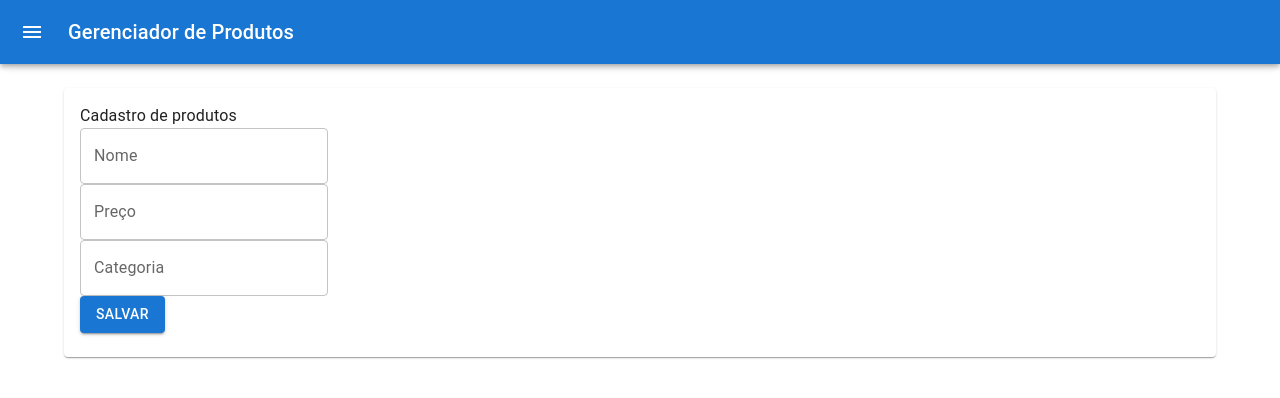
Repository: KennedyWanderson/crud-web
Page: /
An editor plug-in stored every save of this project. The page is shown before and after a run of saves, followed by the edit.
The browser window is 1280 px wide. The pictures show the whole page.
The project was rebuilt for these pictures with package versions that can differ from the ones it lists, and the page was loaded fresh each time. Also part of the build but not shown: src/Components/ProductList.js, src/Components/CategoryRegister.js, src/Components/CategotyList.js.

Above is the page before, as saved 2023-11-15 16:21:51.

### src/index.js
import React from 'react';
import ReactDOM from 'react-dom/client';
import App from './App';
import reportWebVitals from './reportWebVitals';
import 'tailwindcss/tailwind.css';

const root = ReactDOM.createRoot(document.getElementById('root'));
root.render(
  <React.StrictMode>
    <App />
  </React.StrictMode>
);


reportWebVitals();

### src/App.js

import React, { useState } from 'react';
import Menu from "./Components/Menu";

function App() {




  return (
    <div>
      <Menu />
    </div>
  );
}

export default App;

### src/Components/Menu.js
import * as React from 'react';
import { styled, useTheme } from '@mui/material/styles';
import Box from '@mui/material/Box';
import Drawer from '@mui/material/Drawer';
import CssBaseline from '@mui/material/CssBaseline';
import MuiAppBar from '@mui/material/AppBar';
import Toolbar from '@mui/material/Toolbar';
import List from '@mui/material/List';
import Typography from '@mui/material/Typography';
import Divider from '@mui/material/Divider';
import IconButton from '@mui/material/IconButton';
import MenuIcon from '@mui/icons-material/Menu';
import ChevronLeftIcon from '@mui/icons-material/ChevronLeft';
import ChevronRightIcon from '@mui/icons-material/ChevronRight';
import ListItem from '@mui/material/ListItem';
import ListItemButton from '@mui/material/ListItemButton';
import ListItemIcon from '@mui/material/ListItemIcon';
import ListItemText from '@mui/material/ListItemText';
import InboxIcon from '@mui/icons-material/MoveToInbox';
// eslint-disable-next-line
import MailIcon from '@mui/icons-material/Mail';
import ProductRegister from "./ProductRegister"
import ProductList from "./ProductList"
import CategoryRegister from "./CategoryRegister"
import CategotyList from "./CategotyList"
import { Container } from "@mui/material";
import { useState } from 'react';


const drawerWidth = 240;

const Main = styled('main', { shouldForwardProp: (prop) => prop !== 'open' })(
    ({ theme, open }) => ({
        flexGrow: 1,
        padding: theme.spacing(3),
        transition: theme.transitions.create('margin', {
            easing: theme.transitions.easing.sharp,
            duration: theme.transitions.duration.leavingScreen,
        }),
        marginLeft: `-${drawerWidth}px`,
        ...(open && {
            transition: theme.transitions.create('margin', {
                easing: theme.transitions.easing.easeOut,
                duration: theme.transitions.duration.enteringScreen,
            }),
            marginLeft: 0,
        }),
    }),
);

const AppBar = styled(MuiAppBar, {
    shouldForwardProp: (prop) => prop !== 'open',
})(({ theme, open }) => ({
    transition: theme.transitions.create(['margin', 'width'], {
        easing: theme.transitions.easing.sharp,
        duration: theme.transitions.duration.leavingScreen,
    }),
    ...(open && {
        width: `calc(100% - ${drawerWidth}px)`,
        marginLeft: `${drawerWidth}px`,
        transition: theme.transitions.create(['margin', 'width'], {
            easing: theme.transitions.easing.easeOut,
            duration: theme.transitions.duration.enteringScreen,
        }),
    }),
}));

const DrawerHeader = styled('div')(({ theme }) => ({
    display: 'flex',
    alignItems: 'center',
    padding: theme.spacing(0, 1),
    // necessary for content to be below app bar
    ...theme.mixins.toolbar,
    justifyContent: 'flex-end',
}));

export default function Menu() {
    const theme = useTheme();
    const [open, setOpen] = React.useState(false);
    const [visible, setVisible] = useState(1)

    const handleDrawerOpen = () => {
        setOpen(true);
    };

    const handleDrawerClose = () => {
        setOpen(false);
    };

    function selectComponent() {
        if (visible === 1) {
            return <ProductRegister text={"Cadastro de produtos"} />
        } else if (visible === 2) {
            return <ProductList text={"Listagem de produtos"} />
        } else if (visible === 3) {
            return <CategoryRegister text={"Cadastro de categoria"} />
        } else {
            return <CategotyList text={"Listagem de categoria"} />
        }
    }

    return (
        <Box sx={{ display: 'flex' }}>
            <CssBaseline />
            <AppBar position="fixed" open={open}>
                <Toolbar>
                    <IconButton
                        color="inherit"
                        aria-label="open drawer"
                        onClick={handleDrawerOpen}
                        edge="start"
                        sx={{ mr: 2, ...(open && { display: 'none' }) }}
                    >
                        <MenuIcon />
                    </IconButton>
                    <Typography variant="h6" noWrap component="div">
                        Gerenciador de Produtos
                    </Typography>
                </Toolbar>
            </AppBar>
            <Drawer
                sx={{
                    width: drawerWidth,
                    flexShrink: 0,
                    '& .MuiDrawer-paper': {
                        width: drawerWidth,
                        boxSizing: 'border-box',
                    },
                }}
                variant="persistent"
                anchor="left"
                open={open}
            >
                <DrawerHeader>
                    <IconButton onClick={handleDrawerClose}>
                        {theme.direction === 'ltr' ? <ChevronLeftIcon /> : <ChevronRightIcon />}
                    </IconButton>
                </DrawerHeader>
                <Divider />
                <List>
                    <ListItem onClick={() => { setVisible(1) }} key={1} disablePadding>
                        <ListItemButton>
                            <ListItemIcon>
                                <InboxIcon />
                            </ListItemIcon>
                            <ListItemText primary={"Cadastro de Produtos"} />
                        </ListItemButton>
                    </ListItem>

                    <ListItem onClick={() => { setVisible(2) }} key={2} disablePadding>
                        <ListItemButton>
                            <ListItemIcon>
                                <InboxIcon />
                            </ListItemIcon>
                            <ListItemText primary={"Listagem de Produtos"} />
                        </ListItemButton>
                    </ListItem>

                    <ListItem onClick={() => { setVisible(3) }} key={3} disablePadding>
                        <ListItemButton>
                            <ListItemIcon>
                                <InboxIcon />
                            </ListItemIcon>
                            <ListItemText primary={"Cadastro de Categorias"} />
                        </ListItemButton>
                    </ListItem>

                    <ListItem onClick={() => { setVisible(4) }} key={4} disablePadding>
                        <ListItemButton>
                            <ListItemIcon>
                                <InboxIcon />
                            </ListItemIcon>
                            <ListItemText primary={"Listagem de Categorias"} />
                        </ListItemButton>
                    </ListItem>
                </List>
            </Drawer>
            <Main open={open}>
                <DrawerHeader />
                <Container>
                    {selectComponent()}
                </Container>
            </Main>
        </Box>
    );
}

### src/Components/ProductRegister.js
import { Card, CardContent, Button, TextField } from "@mui/material";
import React from "react";

function ProductRegister(props) {
    return (
        <Card>
            <CardContent>
                <div>{props.text}</div>
                <div className={`flex flex-col`}>
                    <div>
                        <TextField className={`w-96`} id="outlined-basic" label="Nome" variant="outlined" />
                    </div>
                    <div>
                        <TextField id="outlined-basic" label="Preço" variant="outlined" />
                    </div>
                    <div>
                        <TextField id="outlined-basic" label="Categoria" variant="outlined" />
                    </div>
                    <div>
                        <Button variant="contained">Salvar</Button>
                    </div>
                </div>
            </CardContent>

        </Card>
    )
}

export default ProductRegister

Loaded but not shown: public/index.html (common file); src/reportWebVitals.js (common file)

After the next 7 saves:
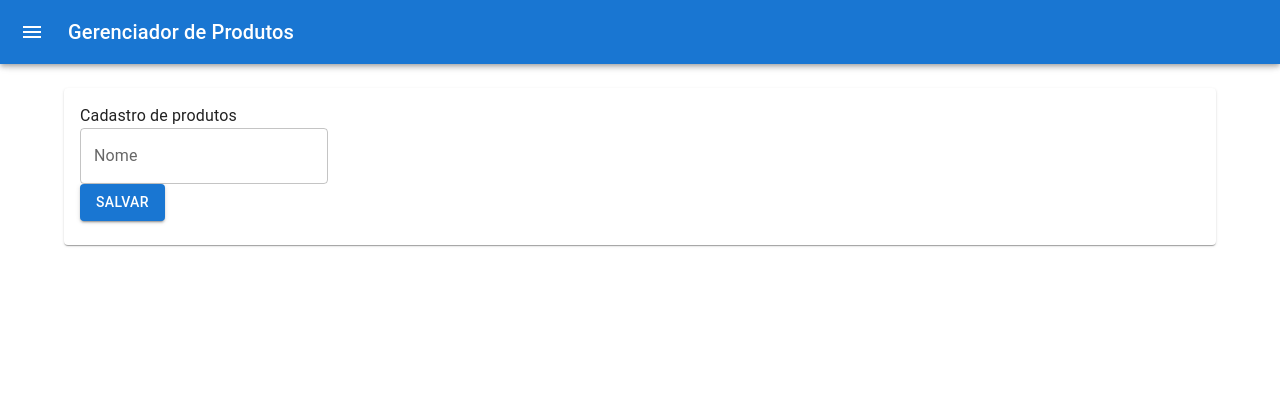
The 7 saves are shown as one change because they came seconds apart.
The last was saved 32 s later.
--- a/src/Components/ProductRegister.js
+++ b/src/Components/ProductRegister.js
@@ -7,15 +7,13 @@ function ProductRegister(props) {
             <CardContent>
                 <div>{props.text}</div>
                 <div className={`flex flex-col`}>
-                    <div>
+
                         <TextField className={`w-96`} id="outlined-basic" label="Nome" variant="outlined" />
-                    </div>
-                    <div>
-                        <TextField id="outlined-basic" label="Preço" variant="outlined" />
-                    </div>
-                    <div>
-                        <TextField id="outlined-basic" label="Categoria" variant="outlined" />
-                    </div>
+
+
+
+
+
                     <div>
                         <Button variant="contained">Salvar</Button>
                     </div>
